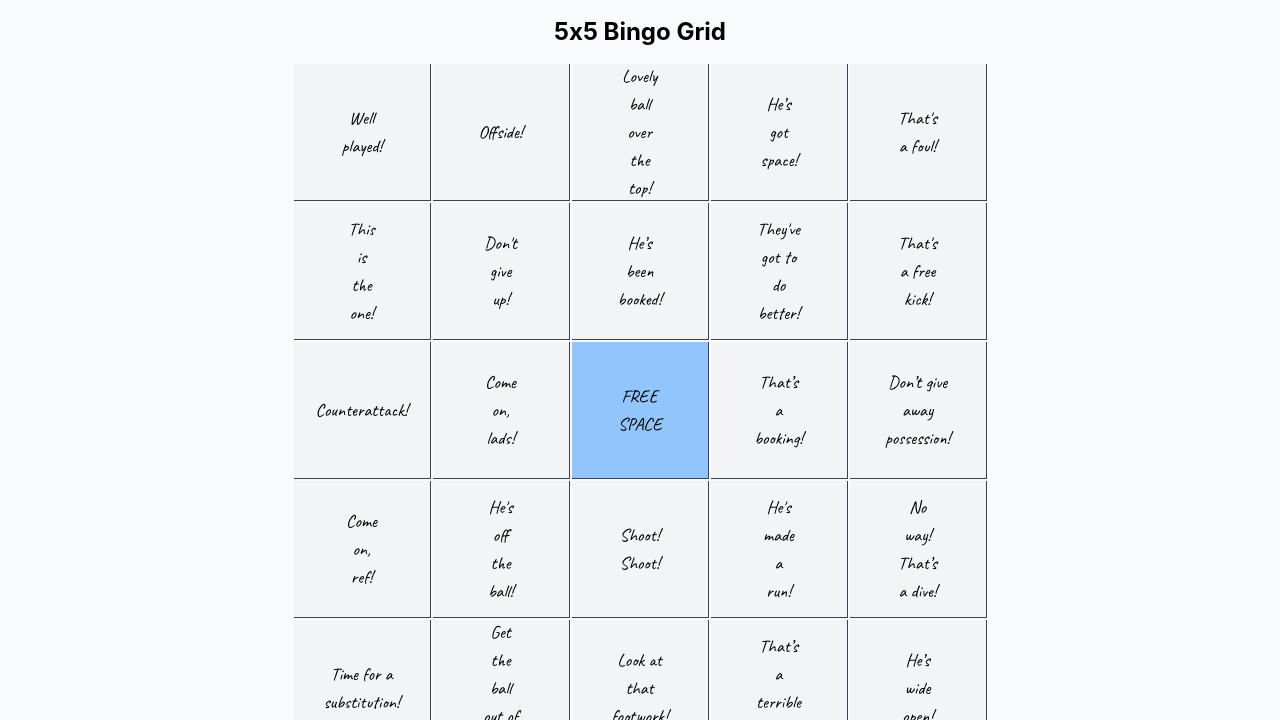
Repository: yassirbn/football-bingo
Page: /
The author's editor kept a copy of each file at every save. The page is drawn from the files as they stood at one save, then again after the next save.
The browser window is 1280 px wide. The pictures show the whole page.
The project was rebuilt for these pictures with package versions that can differ from the ones it lists, and the page was loaded fresh each time.

Above is the page before, as saved 2024-11-26 18:44:01.

### src/index.css

@import url('https://fonts.googleapis.com/css2?family=Caveat:wght@400;700&display=swap');

@tailwind base;
@tailwind components;
@tailwind utilities;


body {
  margin: 0;
  font-family: -apple-system, BlinkMacSystemFont, 'Segoe UI', 'Roboto', 'Oxygen',
    'Ubuntu', 'Cantarell', 'Fira Sans', 'Droid Sans', 'Helvetica Neue',
    sans-serif;
  -webkit-font-smoothing: antialiased;
  -moz-osx-font-smoothing: grayscale;
}

code {
  font-family: source-code-pro, Menlo, Monaco, Consolas, 'Courier New',
    monospace;
}

### src/App.js
import React from "react";
import BingoGrid from "./component/BingoGrid/BingoGrid";


const App = () => {
  const words  = [
    "What a save!",
    "Offside!",
    "Penalty! Oh, no!",
    "Pass the ball!",
    "That's a dive!",
    "Red card!",
    "Goal! What a strike!",
    "He's on fire!",
    "Foul!",
    "Clear it!",
    "He's through on goal!",
    "Nice touch!",
    "What a tackle!",
    "Great cross!",
    "Counterattack!",
    "He’s injured!",
    "Come on, ref!",
    "Get it in the box!",
    "Keeper's got it!",
    "That's a foul!",
    "No way! That’s a dive!",
    "Good save, keeper!",
    "What a ball!",
    "Hold it up!",
    "Look at that footwork!",
    "Get stuck in!",
    "That’s a booking!",
    "Lovely ball over the top!",
    "That’s a terrible miss!",
    "Get back!",
    "Play to the whistle!",
    "It's all square!",
    "Time for a substitution!",
    "They’re all over them!",
    "Nice pass!",
    "He’s got space!",
    "He’s wide open!",
    "Well played!",
    "Take a shot!",
    "That’s a brilliant goal!",
    "What a finish!",
    "Come on, lads!",
    "Don't give up!",
    "He's made a run!",
    "Get the ball out of there!",
    "Hold the line!",
    "He’s been booked!",
    "That's a red card!",
    "This could be it!",
    "He’s in the clear!",
    "It’s a goal kick!",
    "That's a free kick!",
    "Shoot! Shoot!",
    "That's too easy!",
    "They've got to do better!",
    "He's off the ball!",
    "Put it in the back of the net!",
    "This is getting tense!",
    "He’s looking dangerous!",
    "Don’t give away possession!",
    "He’s gone down easy!",
    "That's a top save!",
    "This is the one!",
    "Make it count!"
  ];


  return (
    <div className="min-h-screen bg-gray-50 flex items-center justify-center">
      <BingoGrid words={words} />
    </div>
  );
};

export default App;

### src/component/BingoGrid/BingoGrid.js
import React, { useState } from "react";

const BingoGrid = ({ words }) => {
  const gridSize = 5; // 5x5 grid
  const totalCells = gridSize * gridSize;

  // Shuffle words only once and store in state
  const initializeGrid = () => {
    const shuffledWords = [...words].sort(() => 0.5 - Math.random()).slice(0, totalCells);

    // Fill with placeholders if not enough words
    while (shuffledWords.length < totalCells) {
      shuffledWords.push("PLACEHOLDER");
    }

    // Replace the center cell with "FREE SPACE"
    const centerIndex = Math.floor(totalCells / 2);
    shuffledWords[centerIndex] = "FREE SPACE";

    return shuffledWords;
  };

  const [gridWords] = useState(initializeGrid);
  const [selectedCells, setSelectedCells] = useState(
    Array(totalCells).fill(false).map((_, i) => i === Math.floor(totalCells / 2)) // Center (FREE SPACE) is pre-selected
  );
  const [bingo, setBingo] = useState(false);

  // Handle cell click
  const handleCellClick = (index) => {
    if (gridWords[index] === "FREE SPACE" || selectedCells[index]) return; // Ignore clicks on FREE SPACE or already selected cells

    const updatedSelection = [...selectedCells];
    updatedSelection[index] = true;
    setSelectedCells(updatedSelection);

    // Check for Bingo
    checkForBingo(updatedSelection);
  };

  // Check for Bingo
  const checkForBingo = (selected) => {
    const checkLine = (line) => line.every((index) => selected[index]);

    // Generate all rows, columns, and diagonals
    const rows = Array.from({ length: gridSize }, (_, i) =>
      Array.from({ length: gridSize }, (_, j) => i * gridSize + j)
    );
    const cols = Array.from({ length: gridSize }, (_, i) =>
      Array.from({ length: gridSize }, (_, j) => j * gridSize + i)
    );
    const diagonal1 = Array.from({ length: gridSize }, (_, i) => i * gridSize + i);
    const diagonal2 = Array.from({ length: gridSize }, (_, i) => (i + 1) * gridSize - (i + 1));

    const lines = [...rows, ...cols, diagonal1, diagonal2];

    if (lines.some(checkLine)) {
      setBingo(true); // Set Bingo to true to trigger animations
    }
  };

  return (
    <div className="p-4 relative h-screen overflow-hidden">
      {/* Fireworks Animation */}
      {bingo && (
        <div className="absolute inset-0 z-20 flex justify-center items-center pointer-events-none">
          {/* Firework Particles */}
          {Array.from({ length: 300 }).map((_, idx) => (
            <div
              key={idx}
              className="fireworks-particle w-4 h-4 rounded-full absolute animate-fireworks"
              style={{
                "--x": `${Math.random() * 120 - 60}vw`, // Expanded X direction
                "--y": `${Math.random() * 120 - 60}vh`, // Expanded Y direction
                "--size": `${Math.random() * 10 + 5}px`, // Random size (larger particles)
                "--duration": `${Math.random() * 2 + 1.5}s`, // Increased duration for longer explosion
                "--delay": `${Math.random() * 0.5}s`, // Random delay
                backgroundColor: `hsl(${Math.random() * 360}, 100%, 50%)`, // Random color (HSL)
                transform: `rotate(${Math.random() * 360}deg)` // Random rotation for more chaos
              }}
            ></div>
          ))}
        </div>
      )}

      {/* Bingo Text Animation */}
      {bingo && (
        <div className="absolute inset-0 flex items-center justify-center z-10 animate-bingo-fade">
          <h2 className="text-7xl sm:text-8xl md:text-9xl lg:text-10xl font-extrabold text-red-600 animate-bingo-shake">
            BINGO!
          </h2>
        </div>
      )}

      {/* Bingo Grid */}
      <h1 className="text-center text-2xl font-bold mb-4">5x5 Bingo Grid</h1>
      <div
        className="grid gap-0.5"
        style={{
          gridTemplateColumns: `repeat(${gridSize}, 1fr)`,
        }}
      >
        {gridWords.map((word, index) => (
          <div
            key={index}
            className={`flex items-center justify-center border-b border-r border-gray-700 text-center font-medium aspect-square p-1
              ${selectedCells[index] ? "bg-blue-300 text-white" : "bg-gray-100 hover:bg-blue-200 cursor-pointer"}
              ${word === "FREE SPACE" ? "cursor-default" : ""}`}
            onClick={() => handleCellClick(index)}
          >
            <div
              className={`${
                selectedCells[index] ? "bg-blue-300 text-white" : "bg-transparent"
              } flex items-center justify-center py-3 px-6 sm:py-4 sm:px-8 md:py-6 md:px-12 lg:py-8 lg:px-16`}
              style={{
                width: "50px", // Adjusted for mobile/tablet responsiveness
                height: "50px", // Adjusted for mobile/tablet responsiveness
                minWidth: "50px", // Ensures the circle doesn't shrink smaller than this
              }}
            >
              <span
                className="text-xs sm:text-sm md:text-base lg:text-lg font-medium text-black font-handwritten"
              >
                {word}
              </span>
            </div>
          </div>
        ))}
      </div>
    </div>
  );
};

export default BingoGrid;

### tailwind.config.js
/** @type {import('tailwindcss').Config} */
module.exports = {
  content: ['./src/**/*.{js,jsx,ts,tsx}'],
  theme: {
    extend: {
      fontFamily: {
        handwritten: ["'Caveat'", "cursive"],
      },
      animation: {
        fireworks: "fireworks 1.5s ease-out forwards",
        "bingo-fade": "bingo-fade 2s ease-out forwards",
        "bingo-shake": "bingo-shake 0.5s ease-in-out infinite",
      },
      keyframes: {
        fireworks: {
          "0%": {
            transform: "scale(0) translate(0, 0)",
            opacity: 1,
          },
          "50%": {
            transform: "scale(1) translate(var(--x), var(--y))",
            opacity: 1,
          },
          "100%": {
            transform: "scale(2) translate(var(--x), var(--y))",
            opacity: 0,
          },
        },
        "bingo-fade": {
          "0%": { opacity: 0 },
          "100%": { opacity: 1 },
        },
        "bingo-shake": {
          "0%": { transform: "rotate(0)" },
          "25%": { transform: "rotate(5deg)" },
          "50%": { transform: "rotate(0)" },
          "75%": { transform: "rotate(-5deg)" },
          "100%": { transform: "rotate(0)" },
        },
      },
    },
  },
  plugins: [],
}

Loaded but not shown: public/index.html (common file); src/index.js (common file); src/reportWebVitals.js (common file)

After the next save:
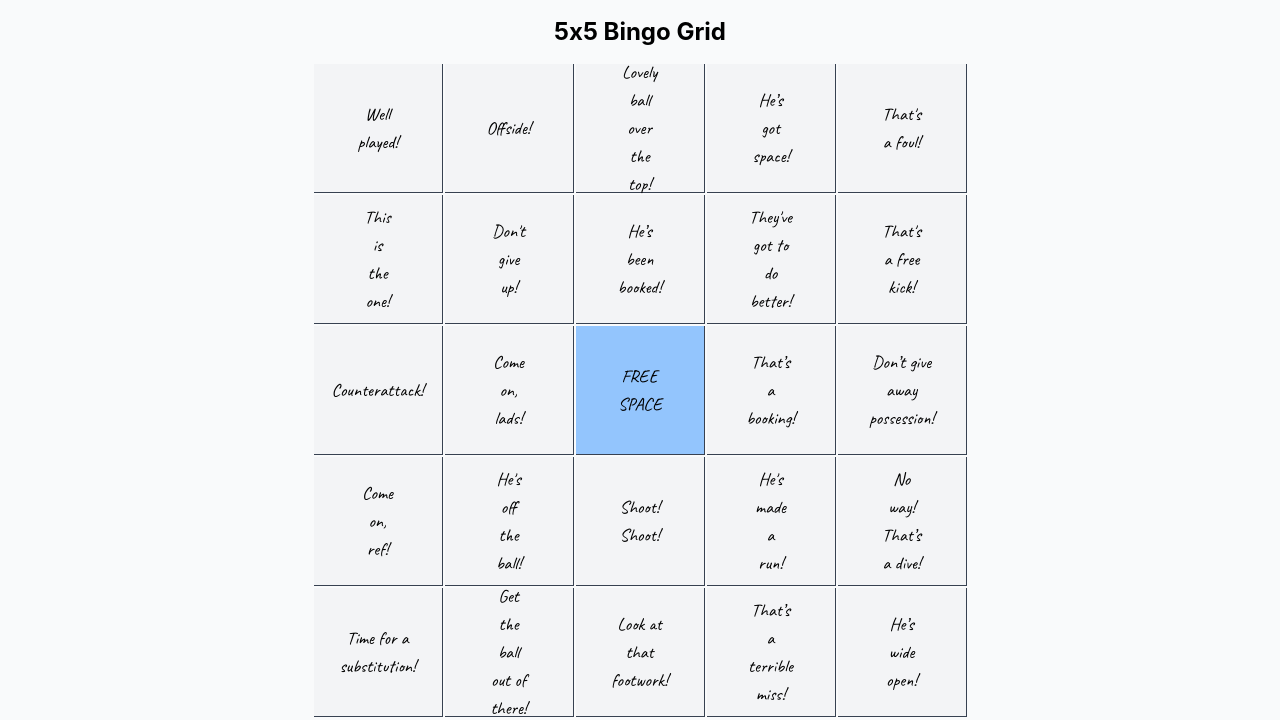
Saved 16 h 56 min later.
--- a/src/component/BingoGrid/BingoGrid.js
+++ b/src/component/BingoGrid/BingoGrid.js
@@ -103,7 +103,7 @@ const BingoGrid = ({ words }) => {
         {gridWords.map((word, index) => (
           <div
             key={index}
-            className={`flex items-center justify-center border-b border-r border-gray-700 text-center font-medium aspect-square p-1
+            className={`flex items-center justify-center border-b border-r border-gray-700 text-center font-medium aspect-square
               ${selectedCells[index] ? "bg-blue-300 text-white" : "bg-gray-100 hover:bg-blue-200 cursor-pointer"}
               ${word === "FREE SPACE" ? "cursor-default" : ""}`}
             onClick={() => handleCellClick(index)}
